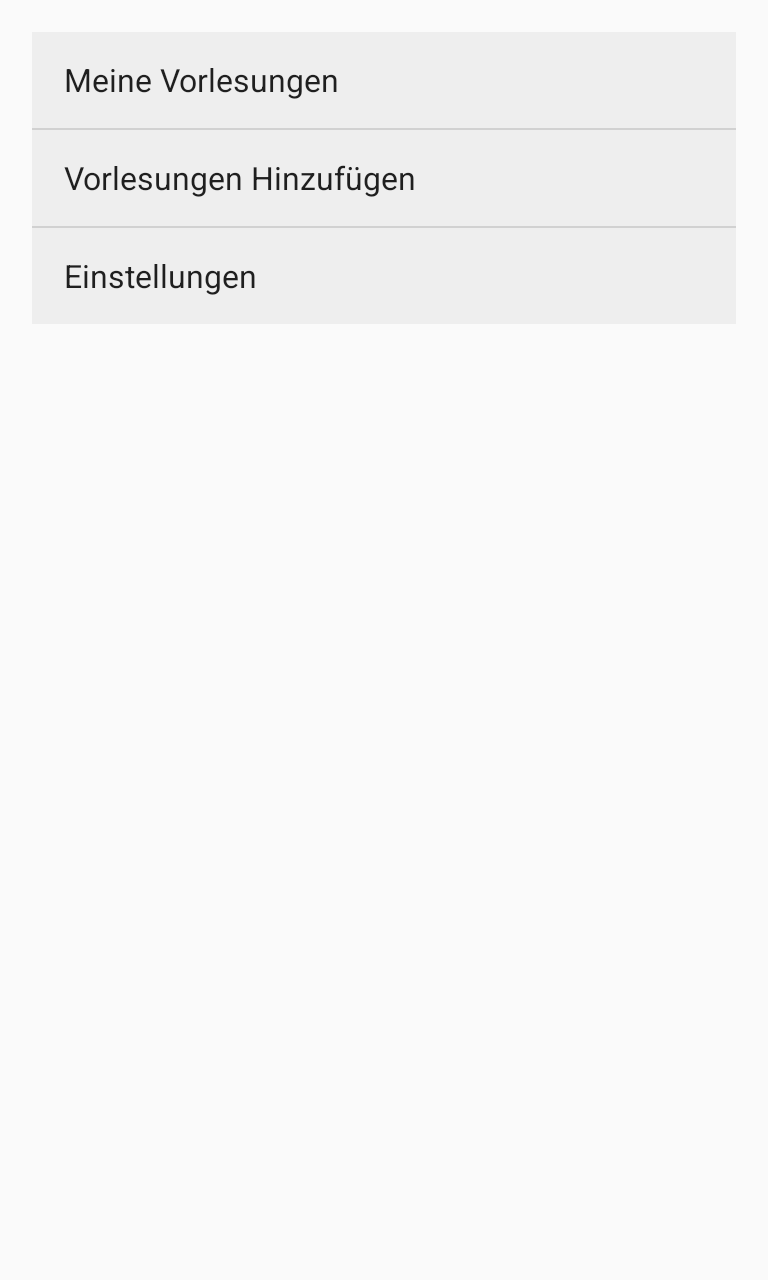
Repository: david-jointech/coursify
Layout: Coursify/res/layout/fragment_main_menu.xml
The author's editor kept a copy of each file at every save. The layout is drawn from the files as they stood at one save, then again after the next save.
It is drawn on a 768 x 1280 px phone screen (xhdpi) without system bars, with theme AppTheme; the app's code is not run. Lists and similar views that code fills are empty.

Above is the layout before, as saved 2014-05-12 13:02:16.

After the next save:
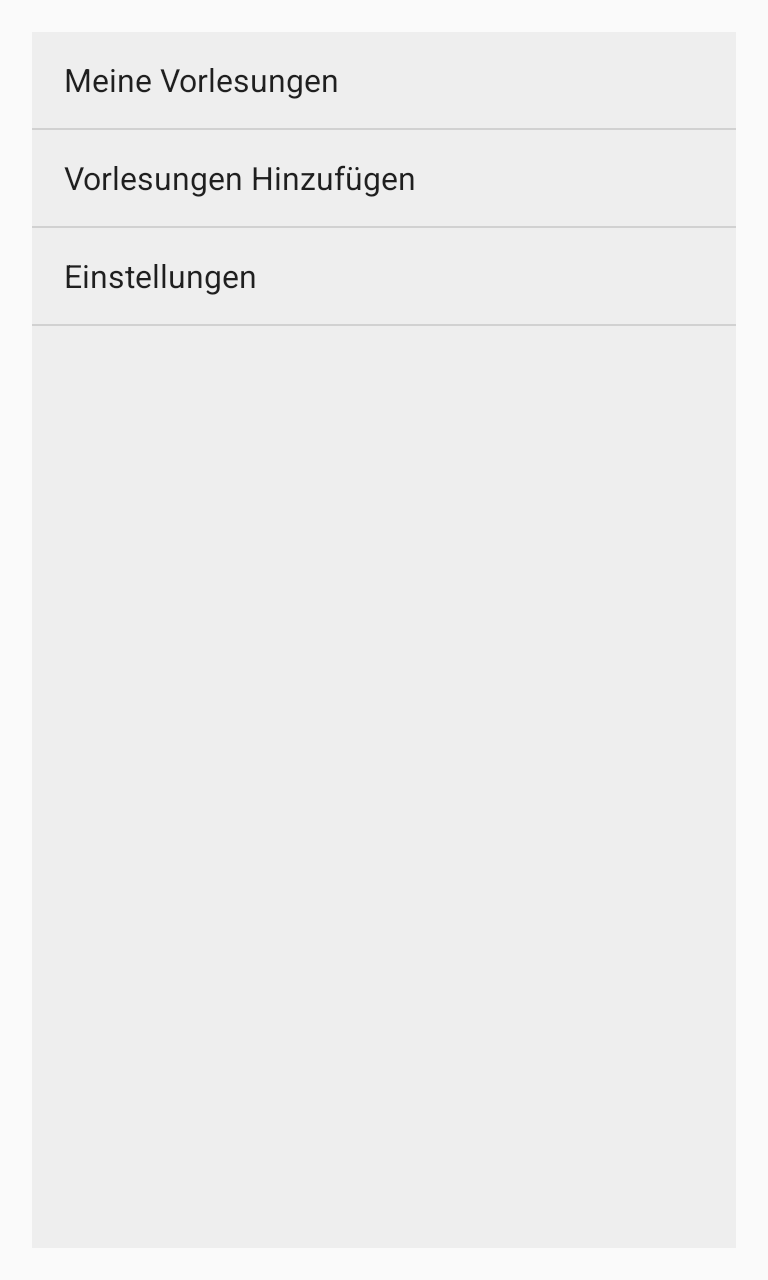
Saved 3 min 18 s later.
--- a/Coursify/res/layout/fragment_main_menu.xml
+++ b/Coursify/res/layout/fragment_main_menu.xml
@@ -1,6 +1,6 @@
 <RelativeLayout xmlns:android="http://schemas.android.com/apk/res/android"
     xmlns:tools="http://schemas.android.com/tools"
-    android:layout_width="match_parent"
+    android:layout_width="240dp"
     android:layout_height="match_parent"
     android:paddingBottom="@dimen/activity_vertical_margin"
     android:paddingLeft="@dimen/activity_horizontal_margin"
@@ -11,11 +11,11 @@
     <ListView
         android:id="@+id/listView1"
         android:layout_width="match_parent"
-        android:layout_height="wrap_content"
+        android:layout_height="match_parent"
         android:layout_alignParentLeft="true"
         android:layout_alignParentTop="true"
-        android:entries="@array/menu_entries"
+        android:background="#EEEEEE"
         android:choiceMode="singleChoice"
-        android:background="#EEEEEE"/>
+        android:entries="@array/menu_entries" />
 
 </RelativeLayout>
